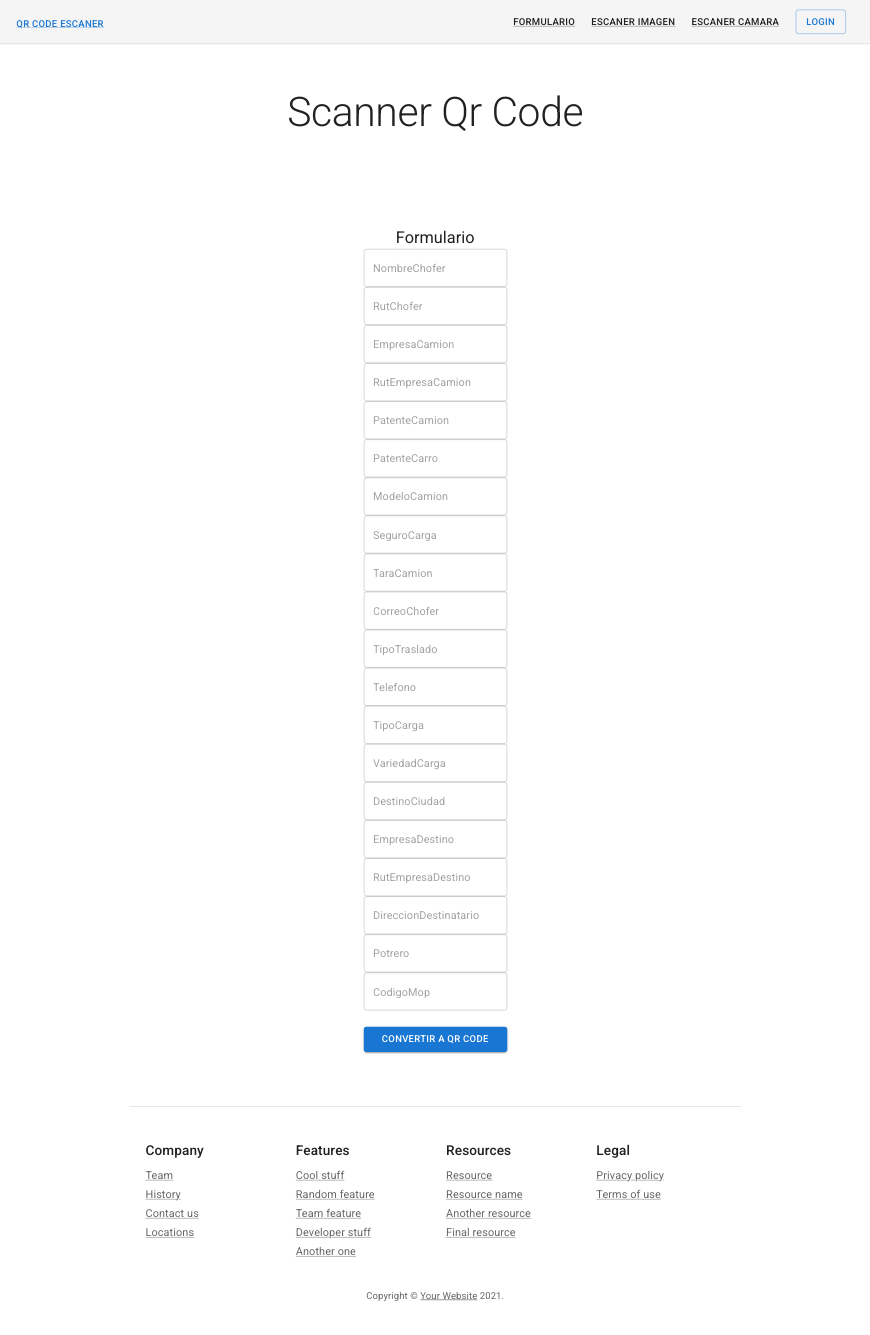
Repository: FlamesAlejandro/QrCodeForm
Page: /form
The author's editor kept a copy of each file at every save. The page is drawn from the files as they stood at one save, then again after a run of saves.
The browser window is 1280 px wide. The pictures show the whole page, at 68% of full size.
The project was rebuilt for these pictures with package versions that can differ from the ones it lists, and the page was loaded fresh each time. Also part of the build but not shown: src/App.css, src/components/pages/ImagenEscaner.js, src/components/pages/CamaraEscaner.js, src/components/pages/Home.js.

Above is the page before, as saved 2021-10-24 08:03:36.

After the next 2 saves:
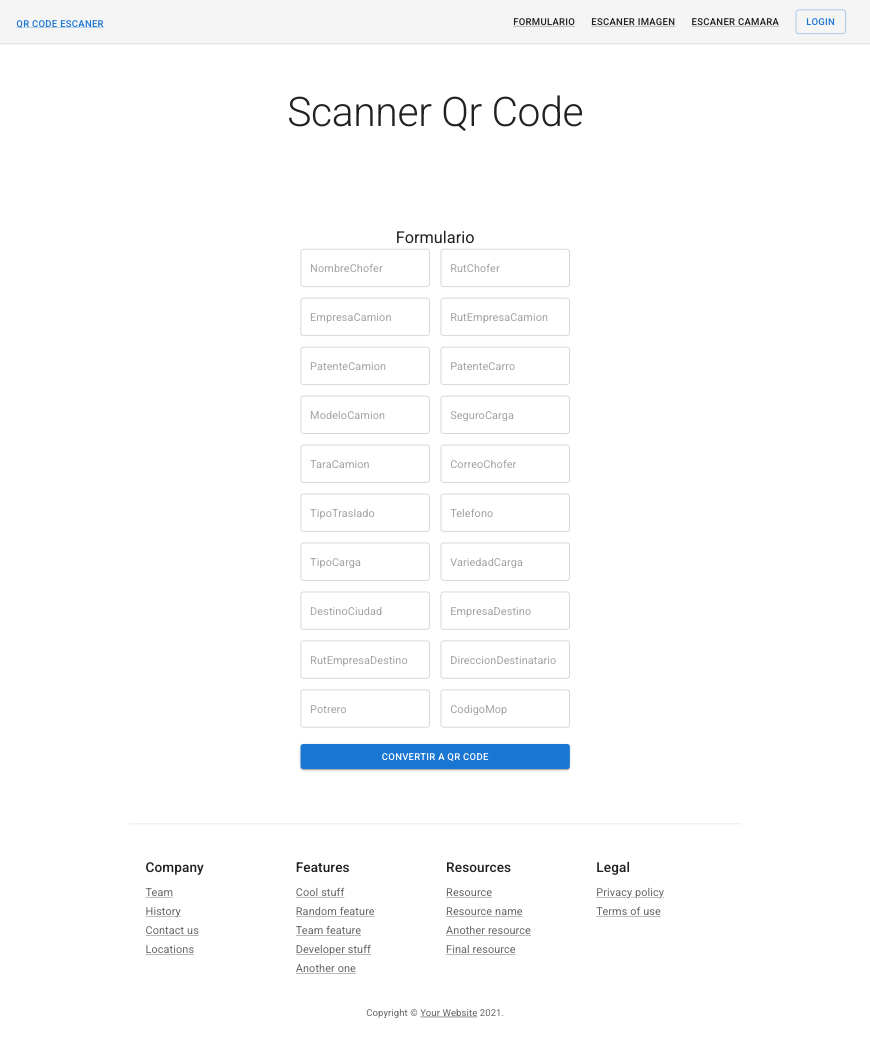
The 2 saves are shown as one change because 1 did not build or start.
The last was saved 39 s later.
--- a/src/components/pages/Form.js
+++ b/src/components/pages/Form.js
@@ -46,6 +46,7 @@ export const Form = () => {
                 </Typography>
 
                 <form onSubmit={handleSubmit(onSubmit)} sx={{ mt: 3 }}>
+                <Grid container spacing={2}>
                     <Grid item xs={12} sm={6}>
                         <TextField fullWidth type="text" placeholder="NombreChofer" {...register("NombreChofer", {})} />
                     </Grid>
@@ -105,6 +106,7 @@ export const Form = () => {
                     </Grid>
                     <Grid item xs={12} sm={6}>
                         <TextField fullWidth type="text" placeholder="CodigoMop" {...register("CodigoMop", {})} />
+                    </Grid>
                     </Grid>
                     <Button
                         type="submit"
